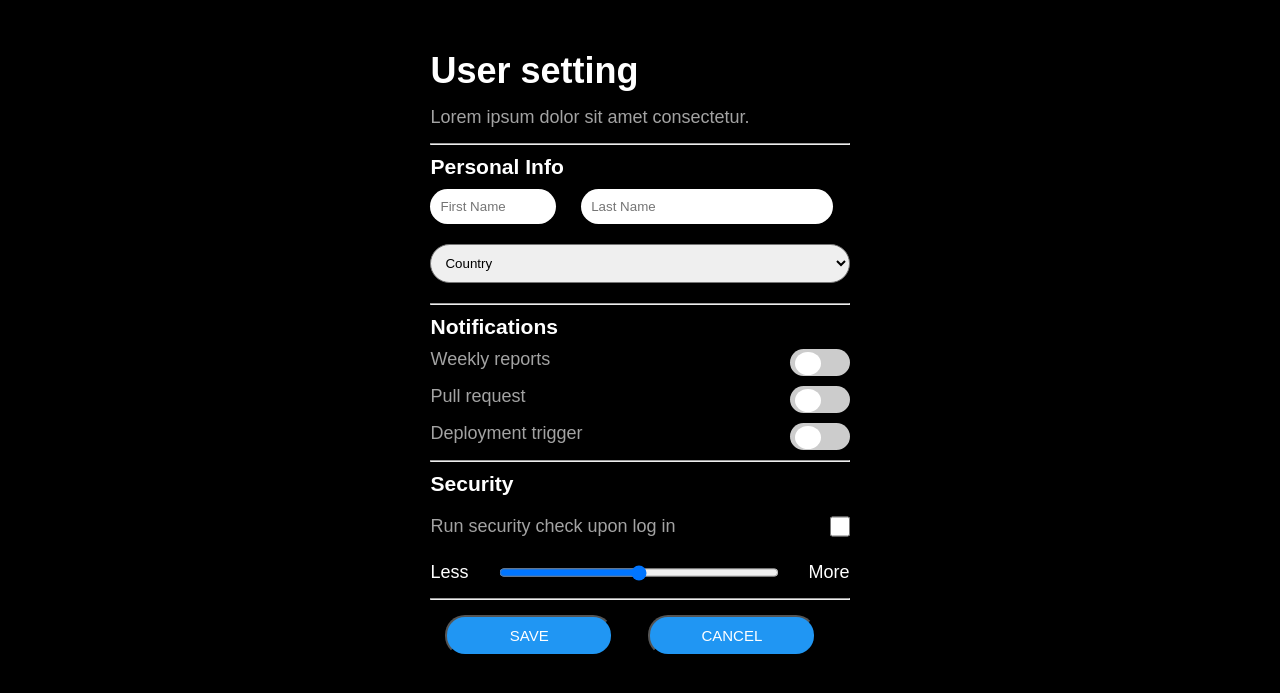
Repository: imokha01/DOM
Page: index.html
The author's editor kept a copy of each file at every save. The page is drawn from the files as they stood at one save, then again after a run of saves.
The browser window is 1280 px wide. The pictures show the whole page.

Above is the page before, as saved 2023-12-21 10:24:09.

### index.html
<!DOCTYPE html>
<html lang="en">
  <head>
    <meta charset="UTF-8" />
    <meta name="viewport" content="width=device-width, initial-scale=1.0" />
    <title>Document</title>
    <link rel="stylesheet" href="./index.css" />
  </head>
<body>
  <div class="form_container">
    <form action="#" id="form">
      <div>
          <h1>User setting</h1>
          <p id="userPara">Lorem ipsum dolor sit amet consectetur.</p>
      </div>
      <hr>
      <div>
        <h3>Personal Info</h3>
        <input type="text" class="firstName" placeholder="First Name">
        <input type="text" class="lastName" placeholder="Last Name"> <br>
        <select>
            <option value="country" disabled hidden selected>Country</option>
            <option value="Nigeria">Nigeria</option>
            <option value="ghana">Ghana</option>
            <option value="algeria">Algeria</option>
        </select>
        <hr>
        <div>
          <h3>Notifications</h3>
          <div class="weeklyReport">
            <p class="week-para">Weekly reports</p>
            <!-- Rounded switch -->
            <div>
              <label class="switch">
                <input type="checkbox">
               <span class="slider round"></span>
              </label>
            </div>
          </div>
          <div class="pullRequest">
            <p class="pull-para">Pull request</p>
            <!-- Rounded switch -->
            <div>
              <label class="switch">
                <input type="checkbox">
               <span class="slider round"></span>
              </label>
            </div>
          </div>
          <div class="deployment">
            <p class="depoly-para">Deployment trigger</p>
            <!-- Rounded switch -->
            <div>
              <label class="switch">
                <input type="checkbox">
               <span class="slider round"></span>
              </label>
            </div>
          </div>
          <hr>
          <div class="security">
            <h3> Security</h3>
            <div>
              <p id="secu-para">Run security check upon log in</p>
              <input type="checkbox" id="check">
            </div>
            <div>
              <span>Less</span>
              <input type="range" id="range">
              <span> More </span>
            </div>
           <hr>
           <button type="save">SAVE</button>
           <button type="cancel">CANCEL</button
        </div>
        </div>
      </div>
    </form>
  </div>
    <script src="./index.js"></script>
  </body>
</html>

### index.css
* {
    margin: 0;
    padding: 0;
    box-sizing: border-box;
}

body{
    font-family: Arial, Helvetica, sans-serif;
    background-color: black;
    font-size: 18px;
}

.form_container {
    display: flex;
    justify-content: center;
    align-items: center;
    margin-top: 50px;
    gap: 2px;
    background-color: black;
    color: while;
}

form {
    color: white;
}

form p {
    color: #a3a3a3
}

#userPara {
    padding: 15px 0;
}

h3 {
    margin: 10px 0;
}

.firstName{
    width: 30%;
    padding: 10px;
    border-radius: 20px;
    margin-right: 20px;
    border: none;
  }

  .lastName {
    width: 60%;
    padding: 10px;
    border-radius: 20px;
    border: none;

}

select {
    width: 100%;
    padding: 10px 10px;
    border-radius: 20px;
    margin: 20px 0;
  }

  option {
    padding: 20px 0;

  }
  .weeklyReport,
  .deployment,
  .pullRequest {
    display: flex;
    justify-content: space-between;
    margin-bottom: 10px;
  }

  .security h3 + div {
    display: flex;
    justify-content: space-between;
    padding: 10px 0;
  }

#check {
  width: 20px;
}

.security div:last-of-type{
    width: 100%;
    display: flex;
    justify-content: space-between;
    padding: 15px 0;
  }

  #range {
    width: 280px;
    accent-color: ;
  }

/* input[type='range']::-webkit-slider-runnable-track {
    background-color: green;
  } */

  button {
    padding: 10px;
    border-radius: 20px;
    margin: 20px 0;
    font-size: 15px;
    width: 40%;
    margin: 15px;
    background-color: #2096f3;
    color: white;
}

button:hover {
    cursor: pointer;
    background-color: green;
    color: blue;
}






/* The switch - the box around the slider */
.switch {
    position: relative;
    display: inline-block;
    width: 60px;
    height: 27px;
  }

  /* Hide default HTML checkbox */
  .switch input {
    opacity: 0;
    width: 0;
    height: 0;
  }

  /* The slider */
  .slider {
    position: absolute;
    cursor: pointer;
    top: 0;
    left: 0;
    right: 0;
    bottom: 0;
    background-color: #ccc;
    -webkit-transition: .4s;
    transition: .4s;
  }

  .slider:before {
    position: absolute;
    content: "";
    height: 23px;
    width: 26px;
    left: 5px;
    bottom: 1px;
    background-color: white;
    -webkit-transition: .4s;
    transition: .4s;
  }

  input:checked + .slider {
    background-color: #2196F3;
  }

  input:focus + .slider {
    box-shadow: 0 0 1px #2196F3;
  }

  input:checked + .slider:before {
    -webkit-transform: translateX(26px);
    -ms-transform: translateX(26px);
    transform: translateX(26px);
  }

  /* Rounded sliders */
  .slider.round {
    border-radius: 34px;
  }

  .slider.round:before {
    border-radius: 50%;
  }

### index.js
// // The range slider function
// document.getElementById("myinput").oninput = function() {
//     var value = (this.value-this.min)/(this.max-this.min)*100
//     this.style.background = 'linear-gradient(to right, green 0%, #82CFD0 ' + value + '%, #fff ' + value + '%, white 100%)'
//   };

After the next 2 saves:
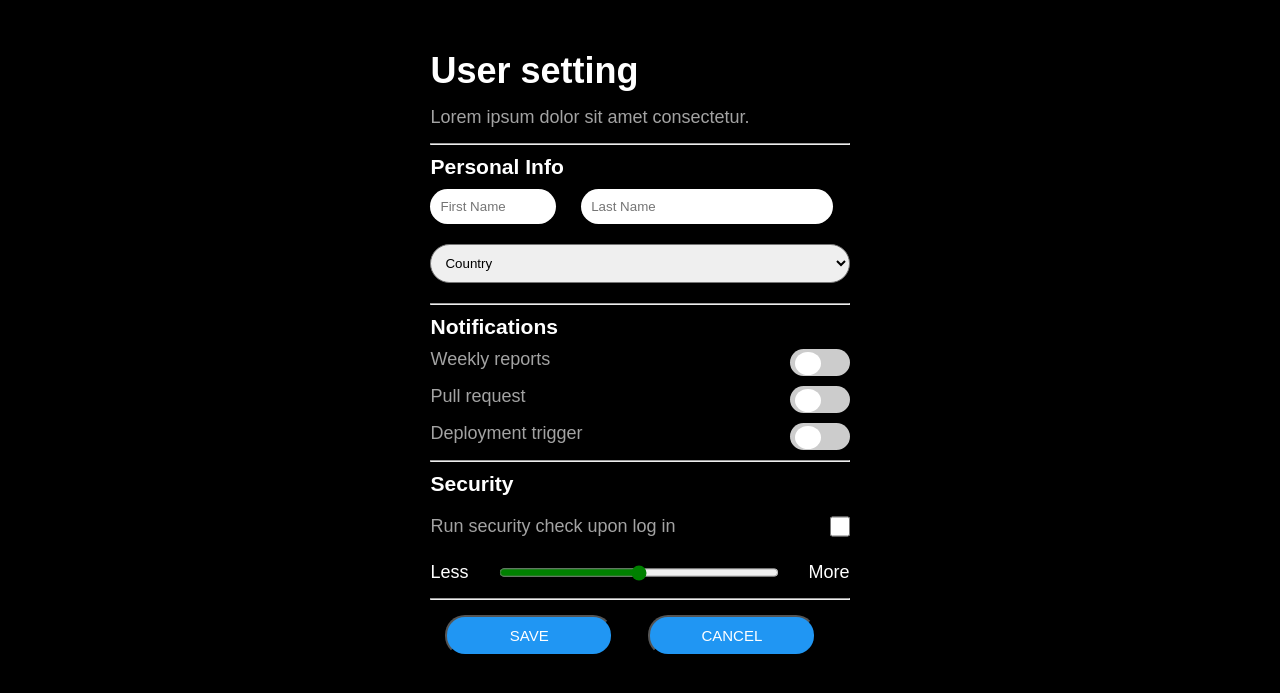
The 2 saves are shown as one change because they came seconds apart.
The last was saved 7 s later.
--- a/index.css
+++ b/index.css
@@ -90,12 +90,9 @@ select {
 
   #range {
     width: 280px;
-    accent-color: ;
+    accent-color: green;
   }
 
-/* input[type='range']::-webkit-slider-runnable-track {
-    background-color: green;
-  } */
 
   button {
     padding: 10px;
